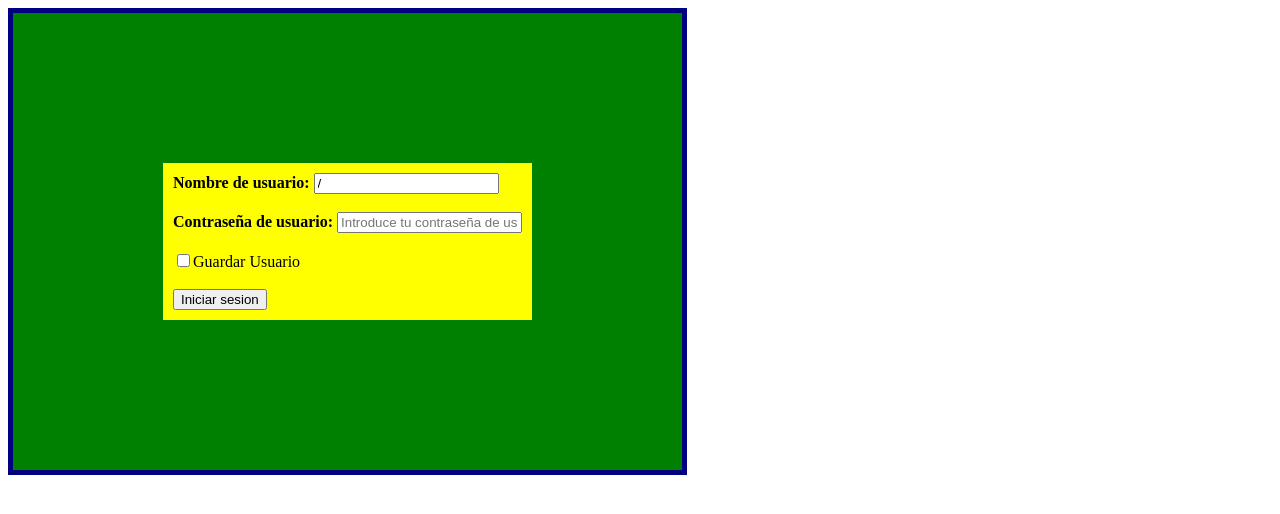
Repository: angegon/Developing-Applications-for-the-Java-EE-Platform
Page: http://localhost/21_validacion_servlet_jsp_mas_cookie_usuario/login.jsp
These files come from the project's save history. The page is drawn as it stood at one moment and after the next save; the edit follows.
The browser window is 1280 px wide. The pictures show the whole page.
The page is served by Tomcat 9.

Above is the page before, as saved 2016-12-23 18:32:52.

After the next save:
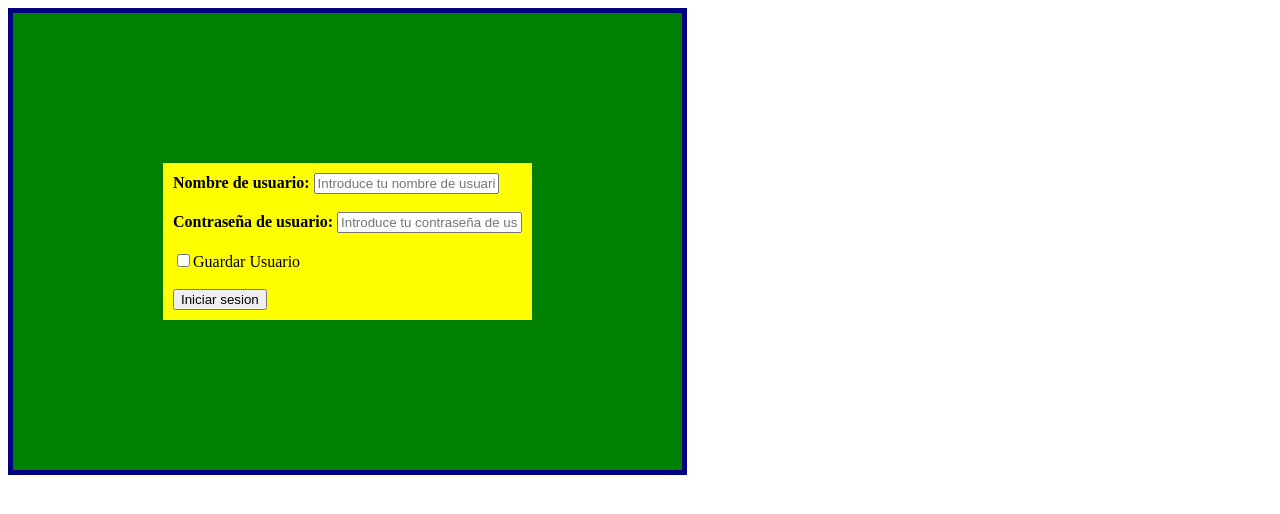
Saved 3 min 16 s later.
--- a/javaee/21_validacion_servlet_jsp_mas_cookie_usuario/WebContent/login.jsp
+++ b/javaee/21_validacion_servlet_jsp_mas_cookie_usuario/WebContent/login.jsp
@@ -27,7 +27,7 @@
 
 
 	<div style="background-color: yellow; padding: 10px">
-	<b>Nombre de usuario:</b> <input type="text" name="usuario" placeholder="Introduce tu nombre de usuario" value=<%=obtenerCookie(request)%>/>
+	<b>Nombre de usuario:</b> <input type="text" name="usuario" placeholder="Introduce tu nombre de usuario" value="<%=obtenerCookie(request)%>"/>
 	</br></br>
 	<b>Contraseña de usuario: </b><input type="password" name="password" placeholder="Introduce tu contraseña de usuario"/>
 	</br></br>
